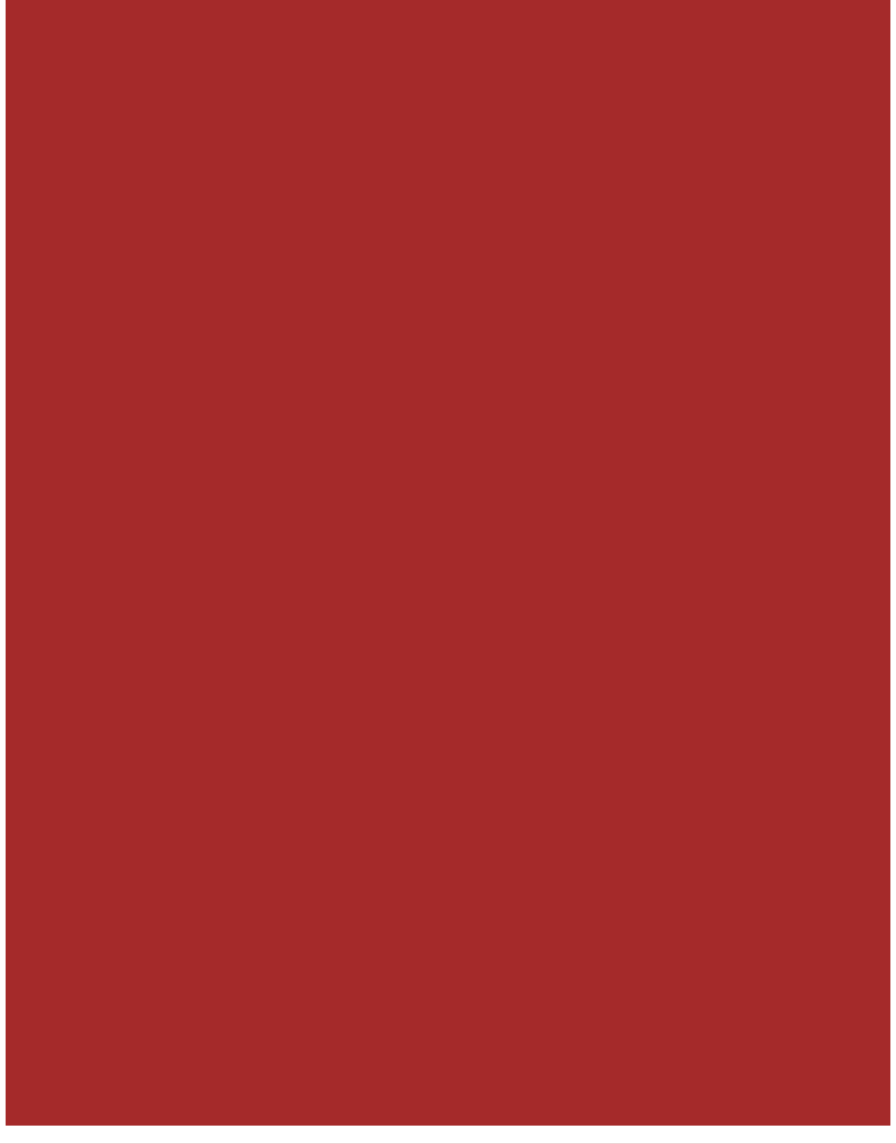
Repository: thuan711/All-about-JS
Page: lazy-img.html
An editor plug-in stored every save of this project. The page is shown before and after the next save, followed by the edit.
The browser window is 1280 px wide. The pictures show the part of the page from y = 1400 to 3320 px (the page is 3034 px tall before and 3320 px after), at 70% of full size.

Above is the page before, as saved 2023-01-08 11:18:21.

### lazy-img.html
<!DOCTYPE html>
<html lang="en">
<head>
    <meta charset="UTF-8">
    <meta http-equiv="X-UA-Compatible" content="IE=edge">
    <meta name="viewport" content="width=device-width, initial-scale=1.0">
    <title>Document</title>
    <script src="https://cdnjs.cloudflare.com/ajax/libs/lazysizes/5.2.0/lazysizes.min.js" async=""></script>

    <style>

    </style>
</head>
<body>
    <div class="container">
        <div class="vh-60 bg-info" style="height: 3000px; background-color:brown">Height</div>
        <img
            data-sizes="auto"
            data-src="img/bubble.jpg"
            data-srcset="img/fire.jpg 300w,
            image2.jpg 600w,
            image3.jpg 900w" class="lazyload" />


    </div>

</body>
</html>

After the next save:
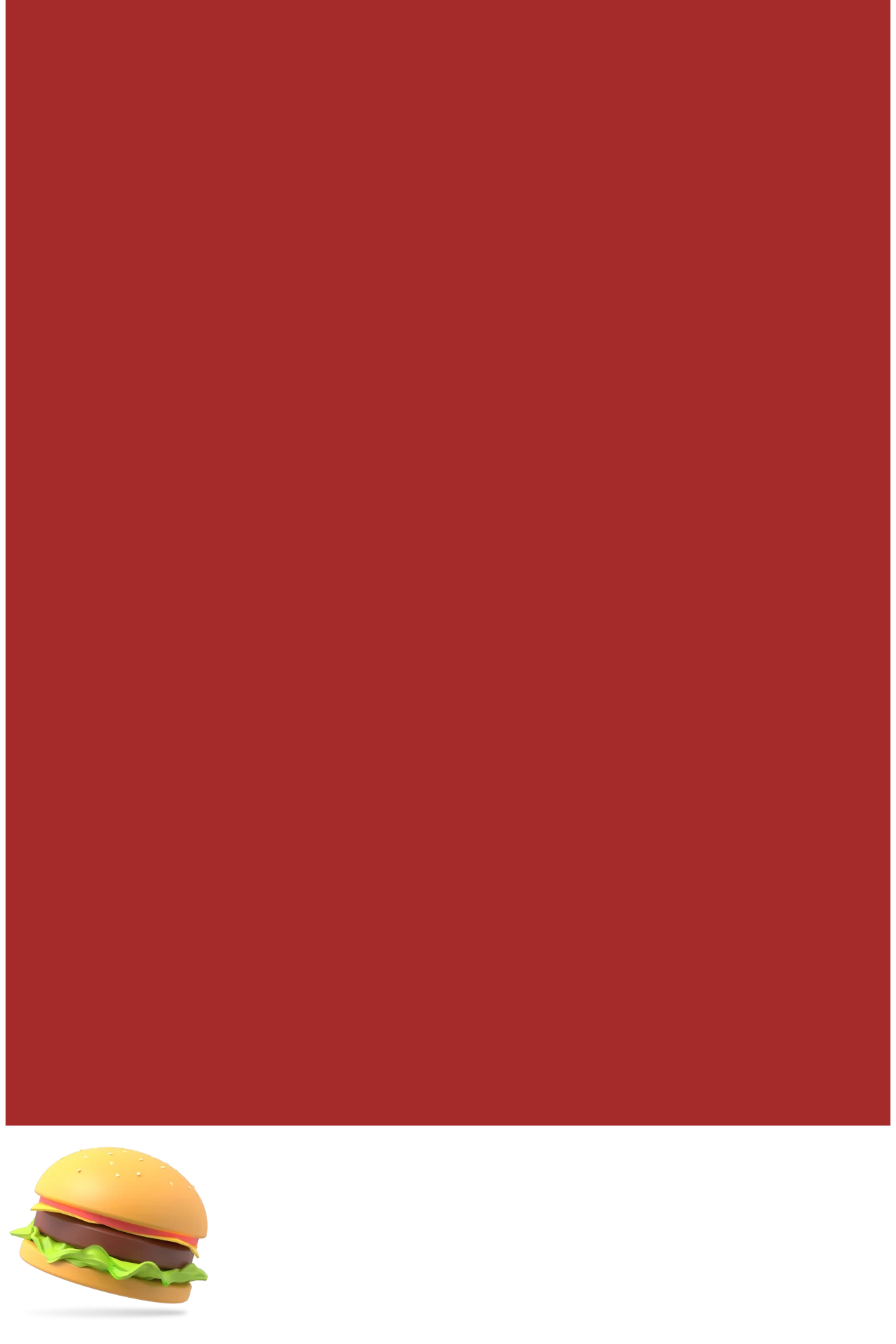
Saved 117 s later.
--- a/lazy-img.html
+++ b/lazy-img.html
@@ -14,12 +14,7 @@
 <body>
     <div class="container">
         <div class="vh-60 bg-info" style="height: 3000px; background-color:brown">Height</div>
-        <img
-            data-sizes="auto"
-            data-src="img/bubble.jpg"
-            data-srcset="img/fire.jpg 300w,
-            image2.jpg 600w,
-            image3.jpg 900w" class="lazyload" />
+        <img src="img/burger.png" alt="" loading="lazy" class="lazyload">
 
 
     </div>

After the save that followed:
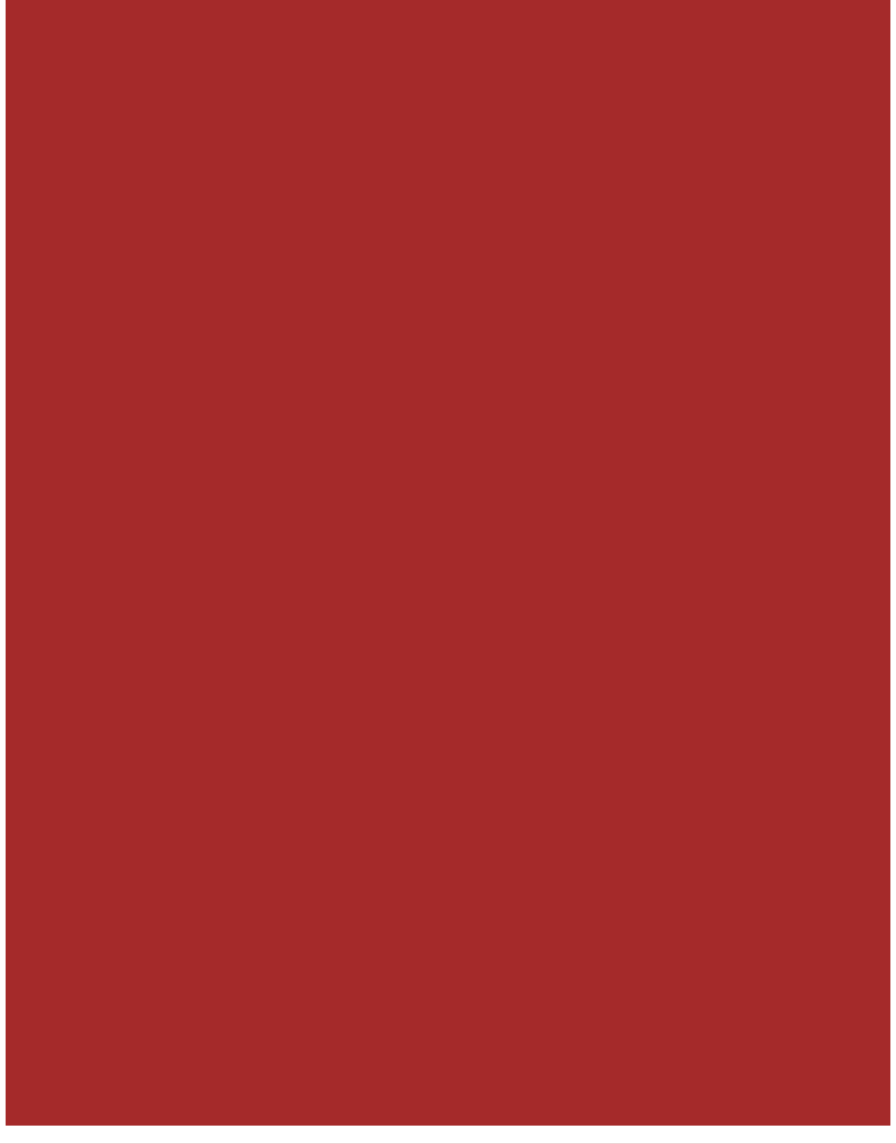
Saved 22 s later.
--- a/lazy-img.html
+++ b/lazy-img.html
@@ -14,7 +14,7 @@
 <body>
     <div class="container">
         <div class="vh-60 bg-info" style="height: 3000px; background-color:brown">Height</div>
-        <img src="img/burger.png" alt="" loading="lazy" class="lazyload">
+        <img data-src="img/burger.png" alt="" loading="lazy" class="lazyload">
 
 
     </div>
